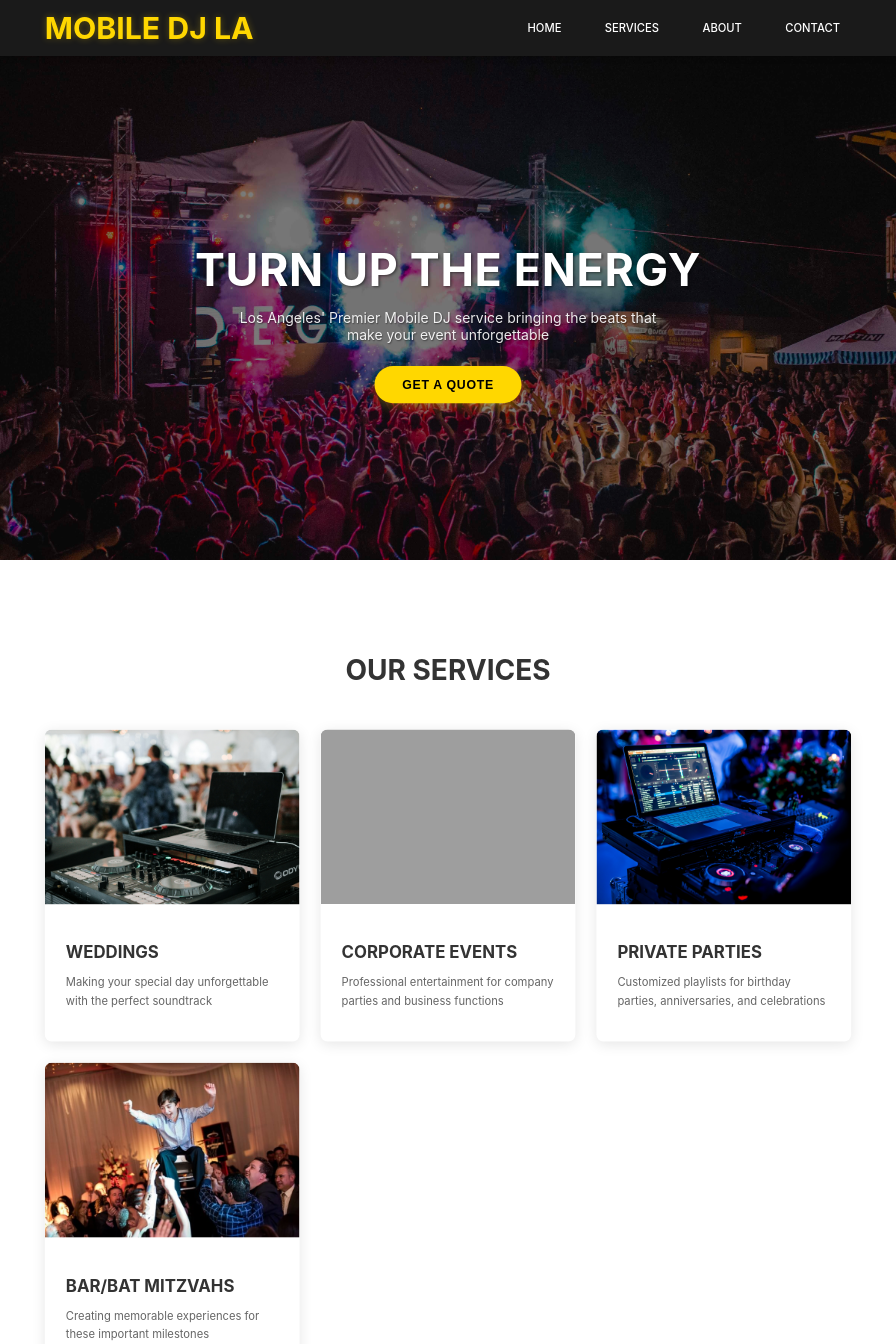
Repository: djdjdallas/djturnup
Page: /
An editor plug-in stored every save of this project. The page is shown before and after the next save, followed by the edit.
The browser window is 1280 px wide. The pictures show the part of the page from y = 0 to 1920 px (the page is 4301 px tall), at 70% of full size.
Pictures or frames that could not be fetched are drawn as grey boxes. The project was rebuilt for these pictures with package versions that can differ from the ones it lists, and the page was loaded fresh each time. The framework's server and built-in components were replaced by stand-ins that run in the browser. Also part of the build but not shown: next.config.mjs.

Above is the page before, as saved 2025-05-19 21:12:25.

After the next save:
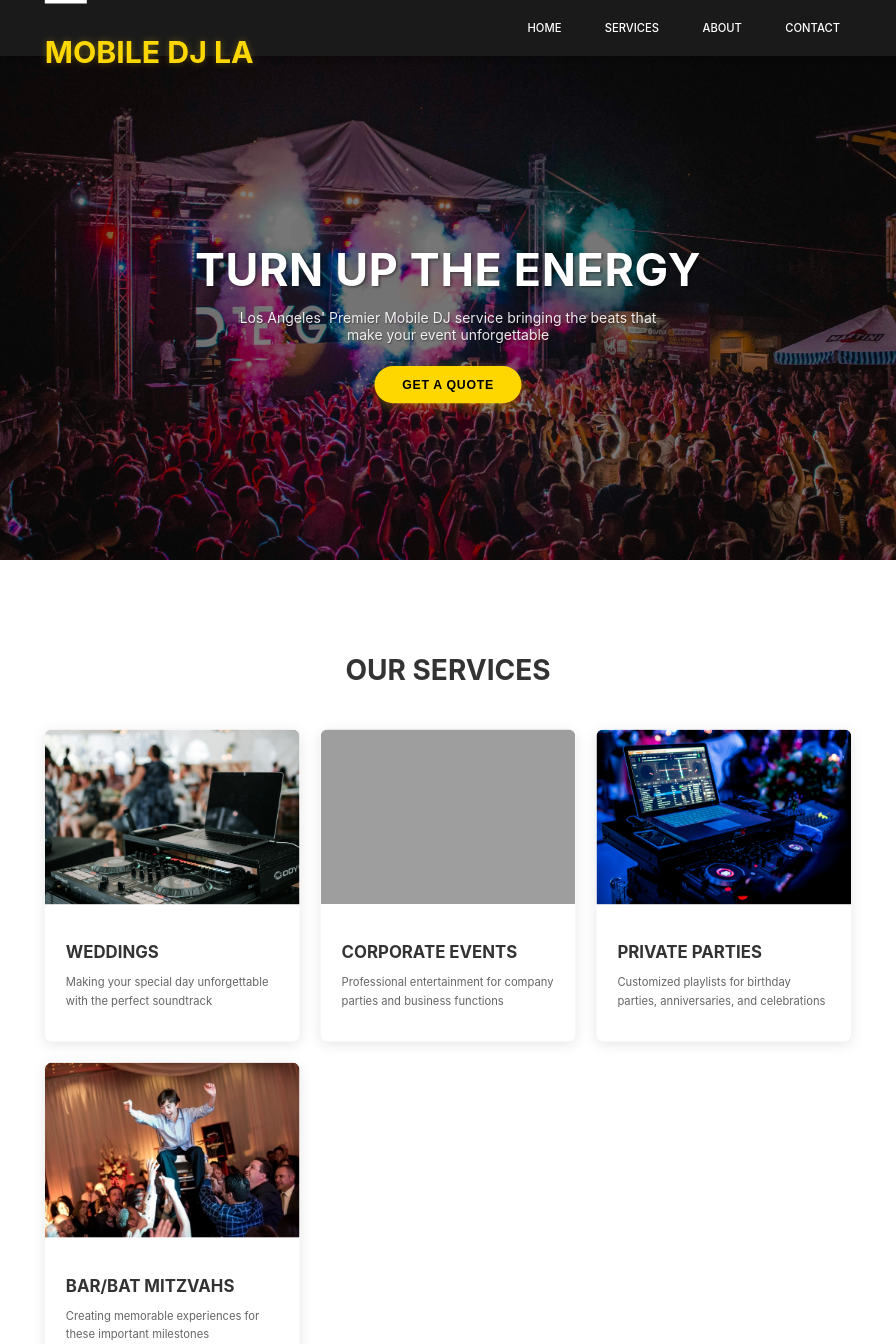
Saved 3 min 52 s later.
--- a/src/components/NavBar.js
+++ b/src/components/NavBar.js
@@ -1,6 +1,7 @@
 "use client";
 
 import React, { useState } from "react";
+import Image from "next/image";
 import styles from "../app/styles/NavBar.module.css";
 
 const NavBar = () => {
@@ -10,7 +11,20 @@ const NavBar = () => {
     <nav className={styles.navbar}>
       <div className={styles.navContainer}>
         <div className={styles.navLogo}>
-          <h2>MOBILE DJ LA</h2>
+          {/* Logo and text combined */}
+          <a href="#home" className={styles.logoLink}>
+            <div className={styles.logoWrapper}>
+              <Image
+                src="/logo.jpg"
+                alt="Mobile DJ LA Logo"
+                width={60}
+                height={60}
+                className={styles.logoImage}
+                priority
+              />
+              <h2>MOBILE DJ LA</h2>
+            </div>
+          </a>
         </div>
         <div className={styles.navToggle} onClick={() => setIsOpen(!isOpen)}>
           <span className={styles.bar}></span>
